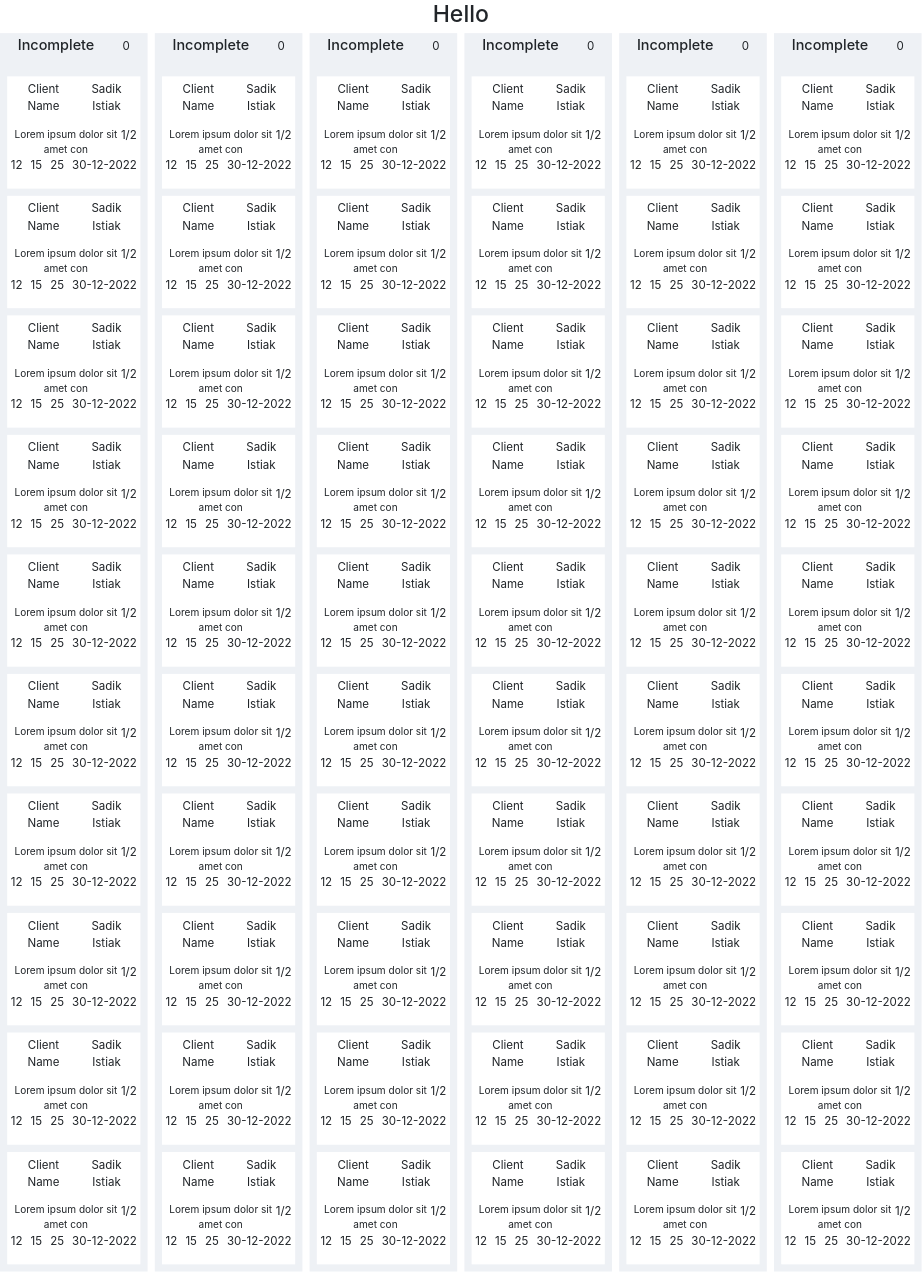
Repository: Sharif-00112/dashboard-task-frontend
Page: /
These files come from the project's save history. The page is drawn as it stood at one moment and after the next save; the edit follows.
The browser window is 1280 px wide. The pictures show the whole page, at 72% of full size.
The project was rebuilt for these pictures with package versions that can differ from the ones it lists, and the page was loaded fresh each time.

Above is the page before, as saved 2023-01-28 20:36:40.

### src/index.js
import React from 'react';
import 'bootstrap/dist/css/bootstrap.css';
import ReactDOM from 'react-dom/client';
import './index.css';
import App from './App';
import reportWebVitals from './reportWebVitals';

const root = ReactDOM.createRoot(document.getElementById('root'));
root.render(
  <React.StrictMode>
    <App />
  </React.StrictMode>
);

// If you want to start measuring performance in your app, pass a function
// to log results (for example: reportWebVitals(console.log))
// or send to an analytics endpoint. Learn more: https://bit.ly/CRA-vitals
reportWebVitals();

### src/App.js
import './App.css';
import Dashboard from './Components/Dashboard';

function App() {
  return (
    <div className="App">

      <h2>Hello</h2>
      <Dashboard></Dashboard>
    </div>
  );
}

export default App;

### src/Components/Dashboard.js
import React from 'react';
import Incomplete from './Incomplete';

const Dashboard = () => {
    return (
        <div className='dashboard'>
            <Incomplete></Incomplete>
            <Incomplete></Incomplete>
            <Incomplete></Incomplete>
            <Incomplete></Incomplete>
            <Incomplete></Incomplete>
            <Incomplete></Incomplete>
        </div>
    );
};

export default Dashboard;

### src/Components/Incomplete.js
import React, { useState } from 'react';
import { useEffect } from 'react';
import './styles.css';
import Task from './Task';

const Incomplete = () => {
    const [tasks, setTasks] = useState([]);
    useEffect( ()=> {
        fetch('./tasks.JSON')
        .then(res => res.json())
        .then(data => setTasks(data))
    } ,[])
    return (
        <div className='background'>
            <div className="task-title">
                <h5>Incomplete</h5>
                <p>0</p>
            </div>
            <div className="section-container">
                <div className="task-container">
                    {
                        tasks.map(task => <Task
                            key={task.taskNo}
                            task={task}
                        ></Task>)
                    }
                </div>
            </div>
        </div>
    );
};

export default Incomplete;

### src/Components/styles.css
.background{
    background-color: rgb(238, 241, 245);
}

.task-part{
    display: flex;
    justify-content: space-between;
}

.task-title{
    display: flex;
    justify-content: space-around;
    padding: 5px;
}

.task{
    background-color: white;
    margin: 10px;
    padding: 5px;
}

.dashboard{
    display: grid;
    grid-template-columns: 1fr 1fr 1fr 1fr 1fr 1fr;
    grid-gap: 10px;
}

### src/Components/Task.js
import React from 'react';
import './styles.css';

const Task = (props) => {
    const {clientName, clientImg, supervisorName, supervisorImg, taskSummary, progress, staff1Img, staff2Img, modules, message, attachment, date} = props.task;
    return (
        <div className='task'>
            <div className="task-part">
                <p>{clientName}</p>
                <p>{supervisorName}</p>
            </div>
            <div className="task-part">
                <small>{taskSummary.substring(0,30)}</small>
                <p>{progress}</p>
            </div>
            <div className="task-part">
                <p>{modules}</p>
                <p>{message}</p>
                <p>{attachment}</p>
                <p>{date}</p>
            </div>
        </div>
    );
};

export default Task;

### public/tasks.JSON
[
  {
    "taskNo": 1,
    "clientName": "Client Name",
    "clientImg": "clientIMG.jpg",
    "supervisorName": "Sadik Istiak",
    "supervisorImg": "supervisorIMG.jpg",
    "taskSummary": "Lorem ipsum dolor sit amet consectetur adipisicing elit. Pariatur velit nemo accusamus. Dolorum, doloribus quisquam unde repellat iusto voluptatum quasi?",
    "progress": "1/2",
    "staff1Img": "staff1.jpg",
    "staff2Img": "staff2.jpg",
    "modules": 12,
    "message": 15,
    "attachment": 25,
    "date": "30-12-2022"
  },
  {
    "taskNo": 2,
    "clientName": "Client Name",
    "clientImg": "clientIMG.jpg",
    "supervisorName": "Sadik Istiak",
    "supervisorImg": "supervisorIMG.jpg",
    "taskSummary": "Lorem ipsum dolor sit amet consectetur adipisicing elit. Pariatur velit nemo accusamus. Dolorum, doloribus quisquam unde repellat iusto voluptatum quasi?",
    "progress": "1/2",
    "staff1Img": "staff1.jpg",
    "staff2Img": "staff2.jpg",
    "modules": 12,
    "message": 15,
    "attachment": 25,
    "date": "30-12-2022"
  },
  {
    "taskNo": 3,
    "clientName": "Client Name",
    "clientImg": "clientIMG.jpg",
    "supervisorName": "Sadik Istiak",
    "supervisorImg": "supervisorIMG.jpg",
    "taskSummary": "Lorem ipsum dolor sit amet consectetur adipisicing elit. Pariatur velit nemo accusamus. Dolorum, doloribus quisquam unde repellat iusto voluptatum quasi?",
    "progress": "1/2",
    "staff1Img": "staff1.jpg",
    "staff2Img": "staff2.jpg",
    "modules": 12,
    "message": 15,
    "attachment": 25,
    "date": "30-12-2022"
  },
  {
    "taskNo": 4,
    "clientName": "Client Name",
    "clientImg": "clientIMG.jpg",
    "supervisorName": "Sadik Istiak",
    "supervisorImg": "supervisorIMG.jpg",
    "taskSummary": "Lorem ipsum dolor sit amet consectetur adipisicing elit. Pariatur velit nemo accusamus. Dolorum, doloribus quisquam unde repellat iusto voluptatum quasi?",
    "progress": "1/2",
    "staff1Img": "staff1.jpg",
    "staff2Img": "staff2.jpg",
    "modules": 12,
    "message": 15,
    "attachment": 25,
    "date": "30-12-2022"
  },
  {
    "taskNo": 5,
    "clientName": "Client Name",
    "clientImg": "clientIMG.jpg",
    "supervisorName": "Sadik Istiak",
    "supervisorImg": "supervisorIMG.jpg",
    "taskSummary": "Lorem ipsum dolor sit amet consectetur adipisicing elit. Pariatur velit nemo accusamus. Dolorum, doloribus quisquam unde repellat iusto voluptatum quasi?",
    "progress": "1/2",
    "staff1Img": "staff1.jpg",
    "staff2Img": "staff2.jpg",
    "modules": 12,
    "message": 15,
    "attachment": 25,
    "date": "30-12-2022"
  },
  {
    "taskNo": 6,
    "clientName": "Client Name",
    "clientImg": "clientIMG.jpg",
    "supervisorName": "Sadik Istiak",
    "supervisorImg": "supervisorIMG.jpg",
    "taskSummary": "Lorem ipsum dolor sit amet consectetur adipisicing elit. Pariatur velit nemo accusamus. Dolorum, doloribus quisquam unde repellat iusto voluptatum quasi?",
    "progress": "1/2",
    "staff1Img": "staff1.jpg",
    "staff2Img": "staff2.jpg",
    "modules": 12,
    "message": 15,
    "attachment": 25,
    "date": "30-12-2022"
  },
  {
    "taskNo": 7,
    "clientName": "Client Name",
    "clientImg": "clientIMG.jpg",
    "supervisorName": "Sadik Istiak",
    "supervisorImg": "supervisorIMG.jpg",
    "taskSummary": "Lorem ipsum dolor sit amet consectetur adipisicing elit. Pariatur velit nemo accusamus. Dolorum, doloribus quisquam unde repellat iusto voluptatum quasi?",
    "progress": "1/2",
    "staff1Img": "staff1.jpg",
    "staff2Img": "staff2.jpg",
    "modules": 12,
    "message": 15,
    "attachment": 25,
    "date": "30-12-2022"
  },
  {
    "taskNo": 8,
    "clientName": "Client Name",
    "clientImg": "clientIMG.jpg",
    "supervisorName": "Sadik Istiak",
    "supervisorImg": "supervisorIMG.jpg",
    "taskSummary": "Lorem ipsum dolor sit amet consectetur adipisicing elit. Pariatur velit nemo accusamus. Dolorum, doloribus quisquam unde repellat iusto voluptatum quasi?",
    "progress": "1/2",
    "staff1Img": "staff1.jpg",
    "staff2Img": "staff2.jpg",
    "modules": 12,
    "message": 15,
    "attachment": 25,
    "date": "30-12-2022"
  },
  {
    "taskNo": 9,
    "clientName": "Client Name",
    "clientImg": "clientIMG.jpg",
    "supervisorName": "Sadik Istiak",
    "supervisorImg": "supervisorIMG.jpg",
    "taskSummary": "Lorem ipsum dolor sit amet consectetur adipisicing elit. Pariatur velit nemo accusamus. Dolorum, doloribus quisquam unde repellat iusto voluptatum quasi?",
    "progress": "1/2",
    "staff1Img": "staff1.jpg",
    "staff2Img": "staff2.jpg",
    "modules": 12,
    "message": 15,
    "attachment": 25,
    "date": "30-12-2022"
  },
  {
    "taskNo": 10,
    "clientName": "Client Name",
    "clientImg": "clientIMG.jpg",
    "supervisorName": "Sadik Istiak",
    "supervisorImg": "supervisorIMG.jpg",
    "taskSummary": "Lorem ipsum dolor sit amet consectetur adipisicing elit. Pariatur velit nemo accusamus. Dolorum, doloribus quisquam unde repellat iusto voluptatum quasi?",
    "progress": "1/2",
    "staff1Img": "staff1.jpg",
    "staff2Img": "staff2.jpg",
    "modules": 12,
    "message": 15,
    "attachment": 25,
    "date": "30-12-2022"
  }
]

Loaded but not shown: public/index.html (common file); src/index.css (common file); src/reportWebVitals.js (common file); src/App.css (common file)

After the next save:
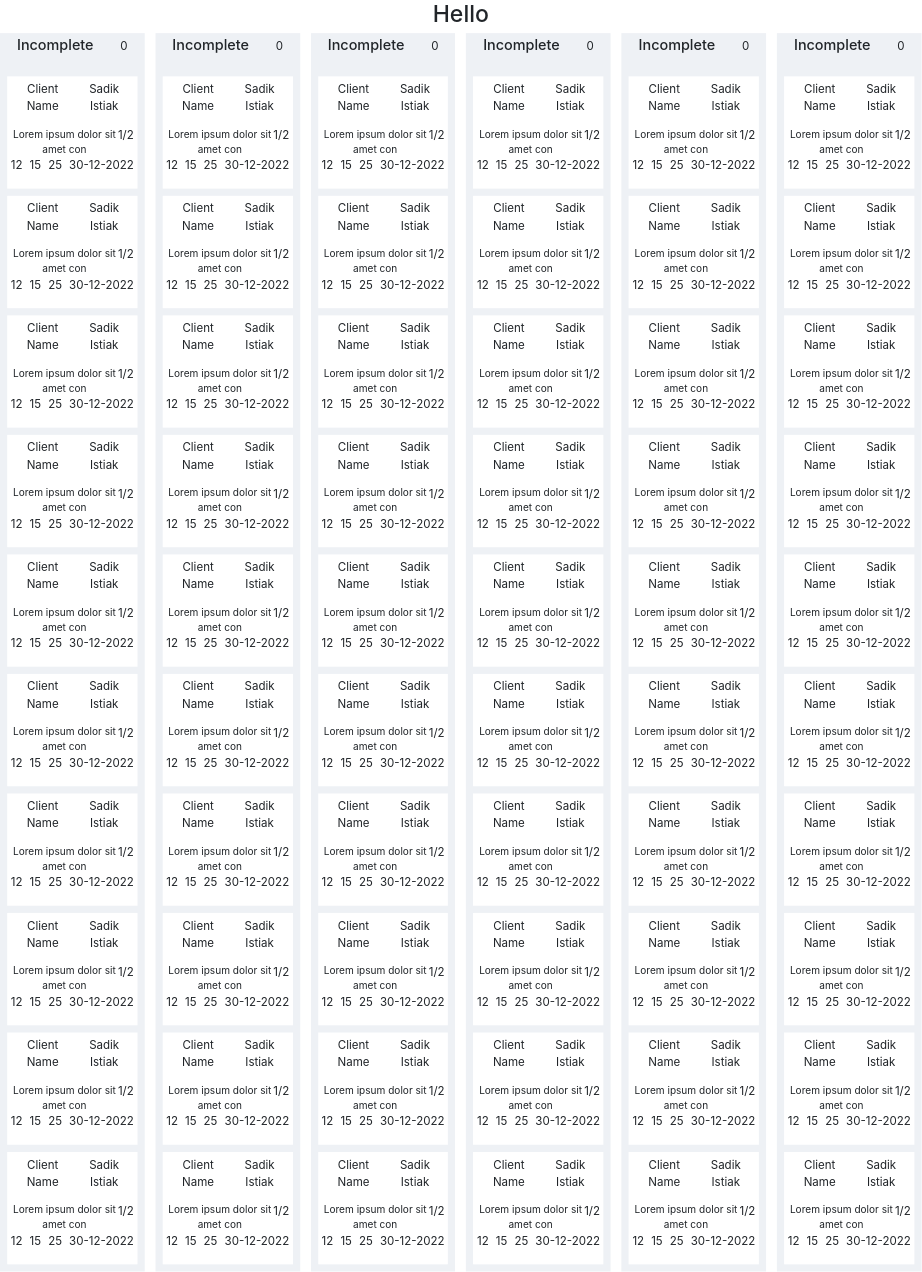
Saved 14 s later.
--- a/src/Components/styles.css
+++ b/src/Components/styles.css
@@ -22,5 +22,5 @@
 .dashboard{
     display: grid;
     grid-template-columns: 1fr 1fr 1fr 1fr 1fr 1fr;
-    grid-gap: 10px;
+    grid-gap: 15px;
 }
